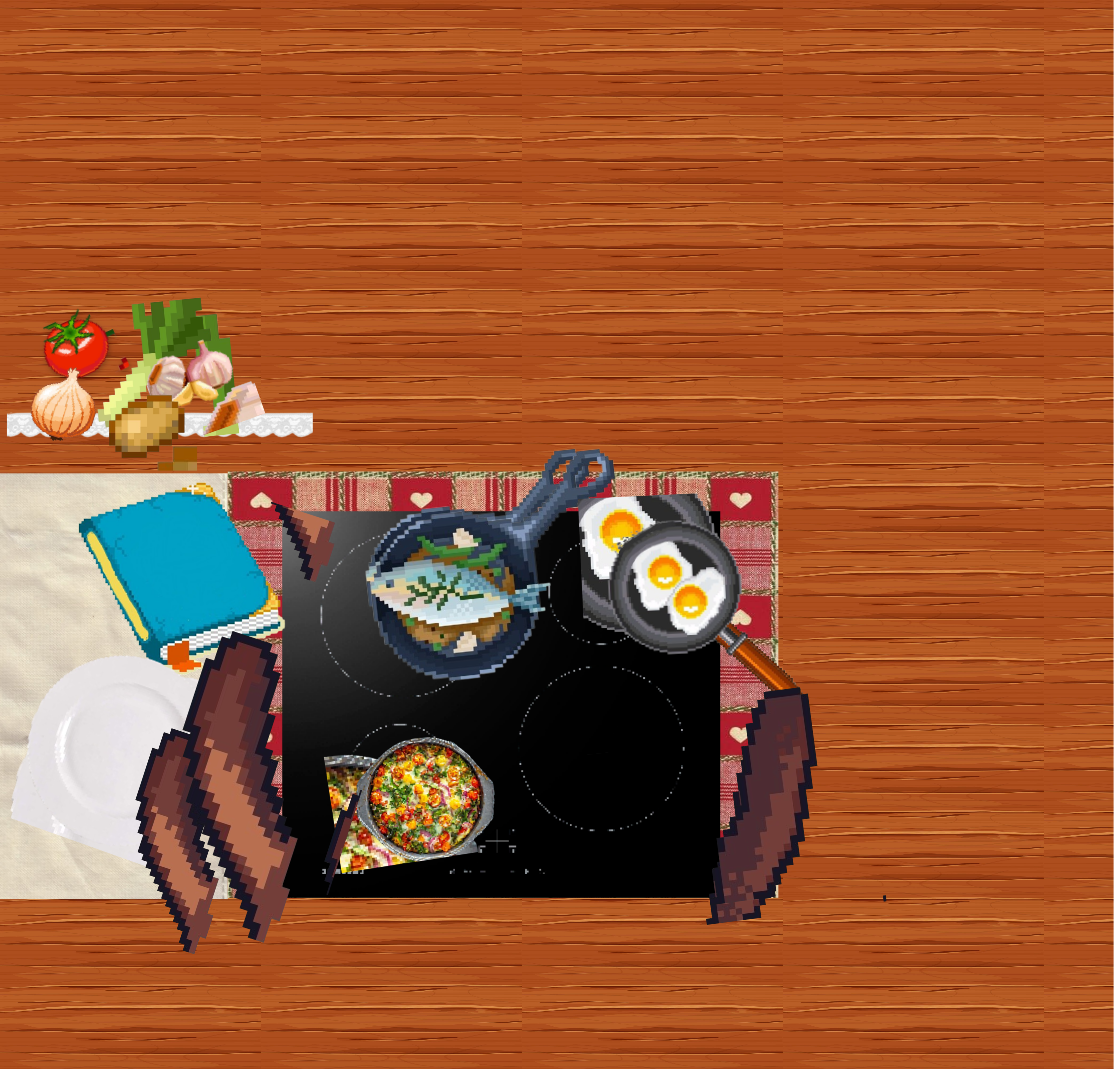
Repository: AJamdonuts/ToddyTalks
Page: playingaround2/pages/chefsujin.html
The author's editor kept a copy of each file at every save. The page is drawn from the files as they stood at one save, then again after the next save.
The browser window is 1280 px wide. The pictures show the whole page, at 87% of full size.

Above is the page before, as saved 2025-11-26 20:25:44.

After the next save:
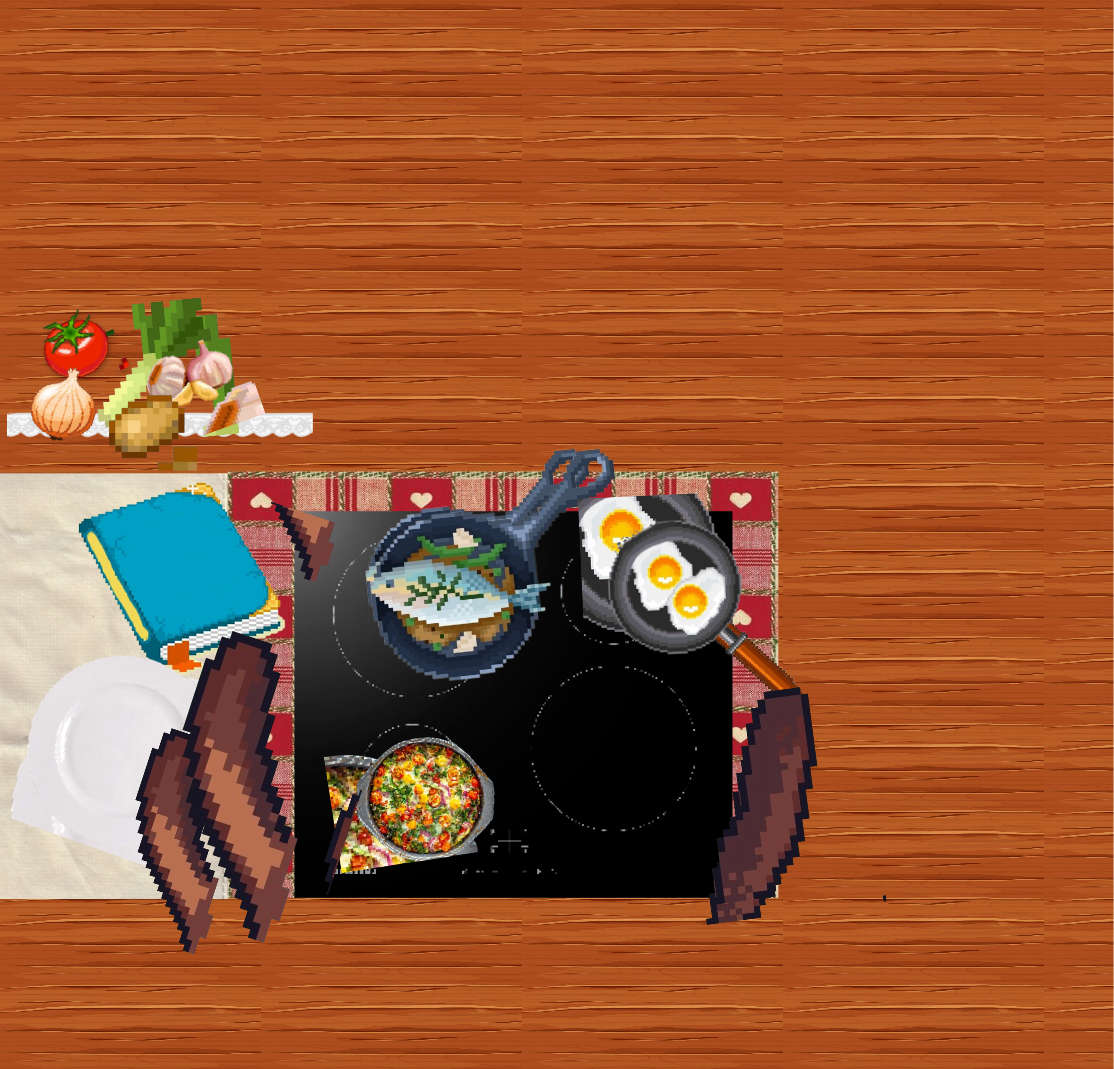
Saved 21 s later.
--- a/playingaround2/styles/chefsujin.css
+++ b/playingaround2/styles/chefsujin.css
@@ -148,7 +148,7 @@ body {
     position: absolute;
     width: 716px;
     height: 632px;
-    left: 450px;
+    left: 470px;
     top: 392px;
     background: url(pxArt-2.png);
 }
